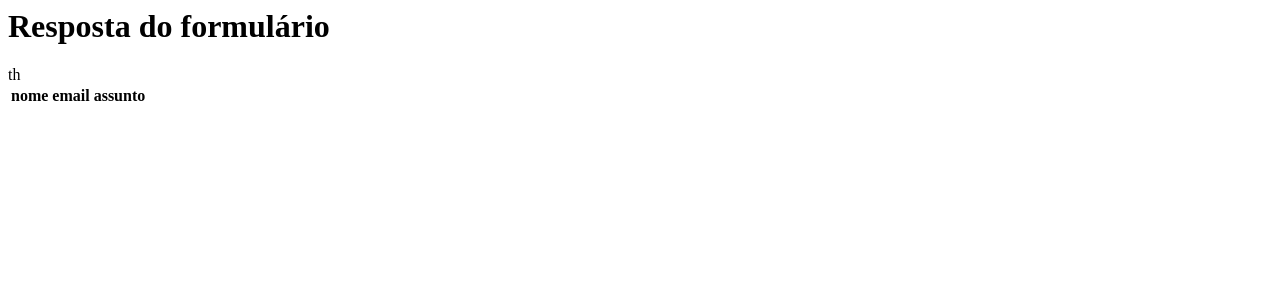
Repository: BrunoCesarAngst/poo
Page: aula04/views/formRsp.html
These files come from the project's save history. The page is drawn as it stood at one moment and after the next save; the edit follows.
The browser window is 1280 px wide. The pictures show the whole page.

Above is the page before, as saved 2020-08-22 20:34:33.

After the next save:
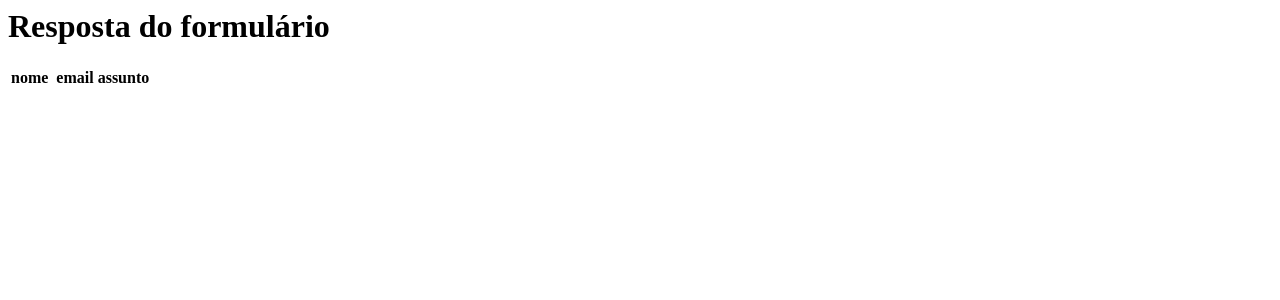
Saved 3 s later.
--- a/aula04/views/formRsp.html
+++ b/aula04/views/formRsp.html
@@ -5,7 +5,7 @@
     <thead>
       <tr>
         <th scope="col">nome</th>
-        th
+        <th></th>
         <th scope="col">email</th>
         <th scope="col">assunto</th>
       </tr>
